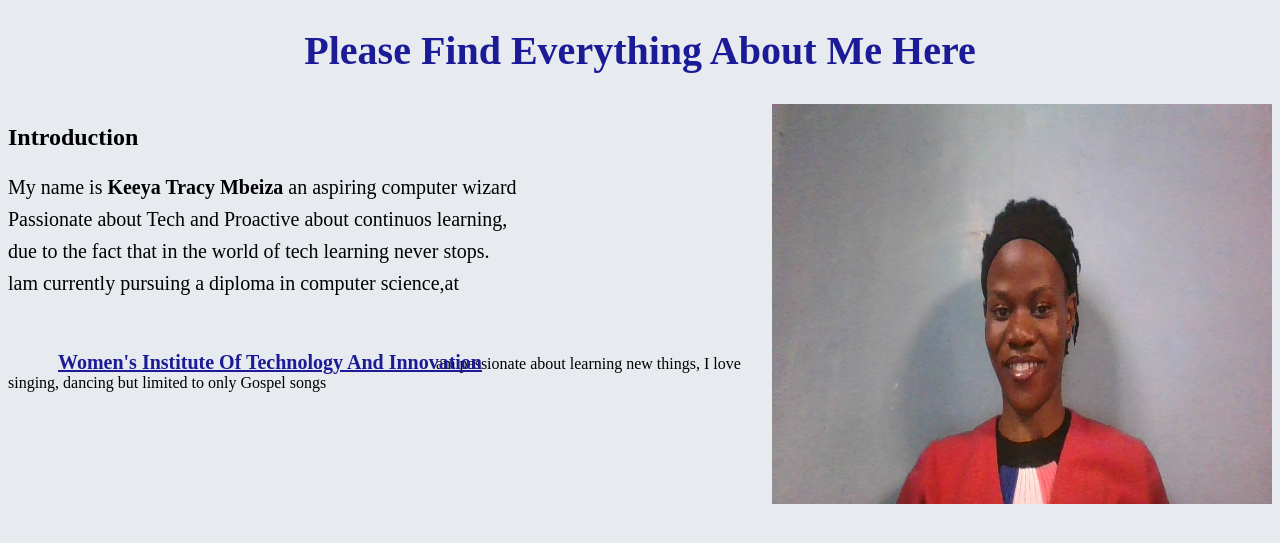
Repository: tracykeeya/my_first_web
Page: index.html
The author's editor kept a copy of each file at every save. The page is drawn from the files as they stood at one save, then again after the next save.
The browser window is 1280 px wide. The pictures show the whole page.

Above is the page before, as saved 2025-11-03 12:17:45.

### index.html
<!DOCTYPE html>
<html lang="en">
<head>
    <meta charset="UTF-8">
    <meta name="viewport" content="width=device-width, initial-scale=1.0">
    <title>My First Web Page</title>
</head>
<body style="background-color: rgb(231, 234, 238)" font-family="Arial, Helvetica, sans-serif" margin: 40px; color: #333;>

    <!-- my first heading -->
    <h1 style="text-align: center; color: rgb(27, 27, 151); font-size: 40px; margin-bottom: 30px;">Please Find Everything About Me Here</h1>

    <!-- putting the text and the image in one section -->
    <div style="display: flex; align-items: flex-start; justify-content: space-between;">
        <!-- aligning the text to the left -->
        <div style="width: 60%;">
    <h2 style="color: black;">Introduction</h2>

    <p style="font-size: 20px; line-height: 1.6;">My name is<strong> Keeya Tracy Mbeiza</strong> an aspiring computer wizard<br>Passionate about Tech and Proactive about continuos learning,<br> due to the fact that in the world of tech learning never stops.<br> lam currently pursuing a diploma in computer science,at<br>
        </br></p>
    <a href="https://www.witi.ac.ug/" target="_blank" style="position: relative; left: 50px; color: rgb(27, 27, 151); font-size: 20px; font-weight: bold;"><b> Women's Institute Of Technology And Innovation</b></a>

    <h2Hobbies
    <p> am passionate about learning new things,
    I love singing, dancing but limited to only Gospel songs</p>
        </div>


    <!-- <img src="https://www.witi.ac.ug/wp-content/uploads/2020/08/WhatsApp-Image-2020-08-14-at-11.16.16-AM.jpeg" alt=""> -->
    <img src="/Tracy.jpg " alt="" width="500px" height="400px";>
   </div>
</body>
</html>

After the next save:
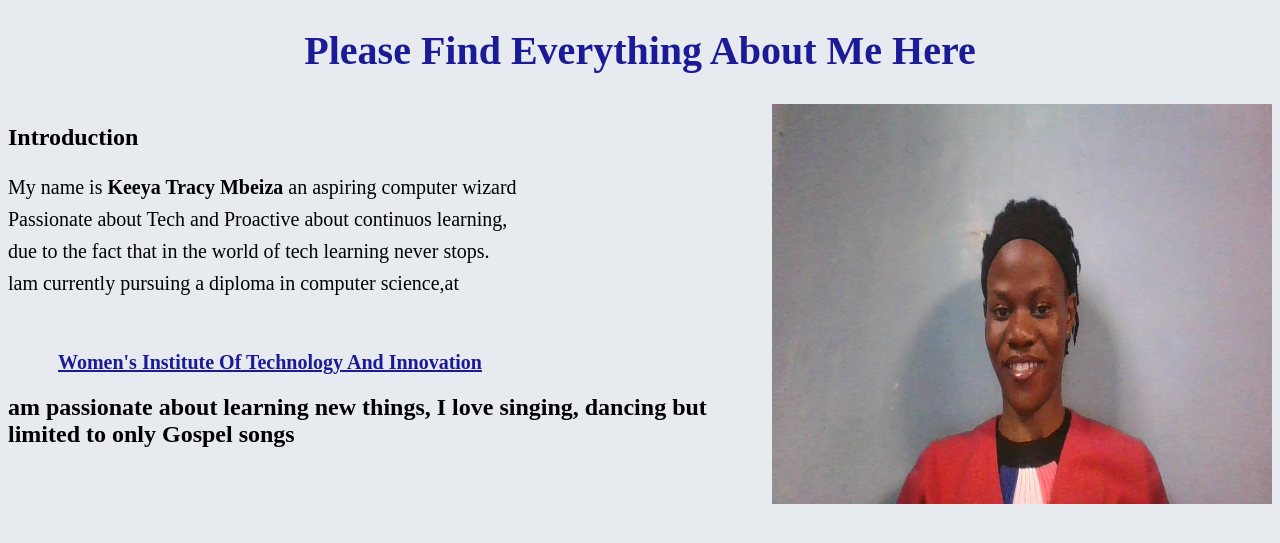
Saved 12 s later.
--- a/index.html
+++ b/index.html
@@ -20,7 +20,7 @@
         </br></p>
     <a href="https://www.witi.ac.ug/" target="_blank" style="position: relative; left: 50px; color: rgb(27, 27, 151); font-size: 20px; font-weight: bold;"><b> Women's Institute Of Technology And Innovation</b></a>
 
-    <h2Hobbies
+    <h2
     <p> am passionate about learning new things,
     I love singing, dancing but limited to only Gospel songs</p>
         </div>
